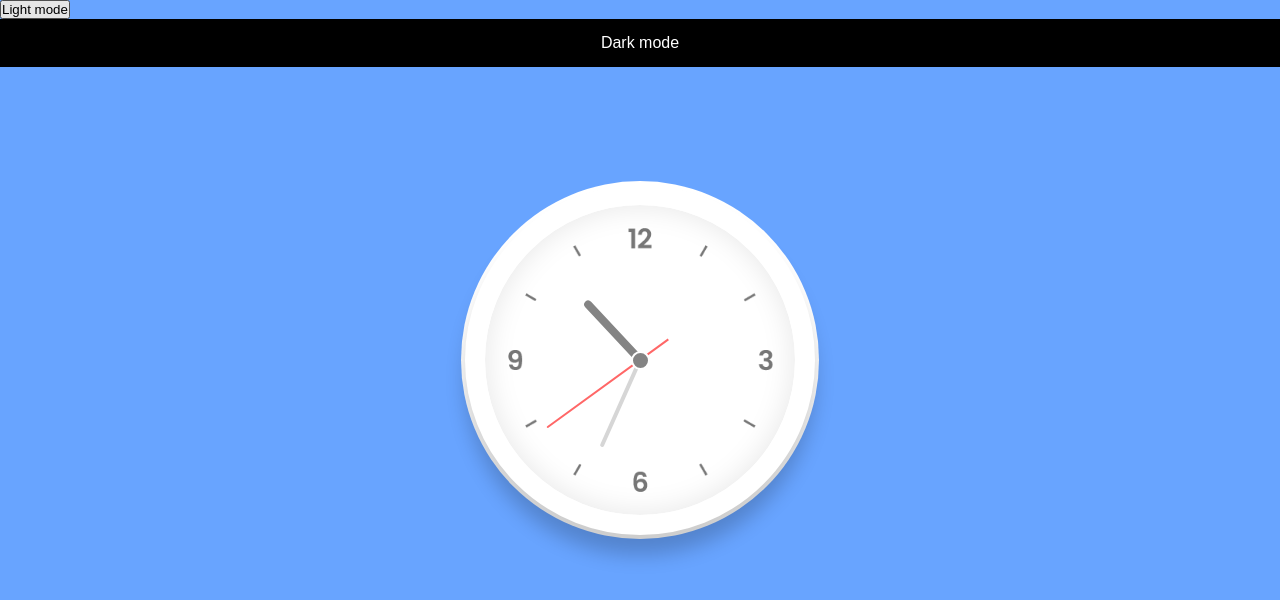
Repository: DaNiels89/analog-clock
Page: index.html
The author's editor kept a copy of each file at every save. The page is drawn from the files as they stood at one save, then again after the next save.
The browser window is 1280 px wide. The pictures show the whole page.

Above is the page before, as saved 2020-06-20 12:51:11.

After the next save:
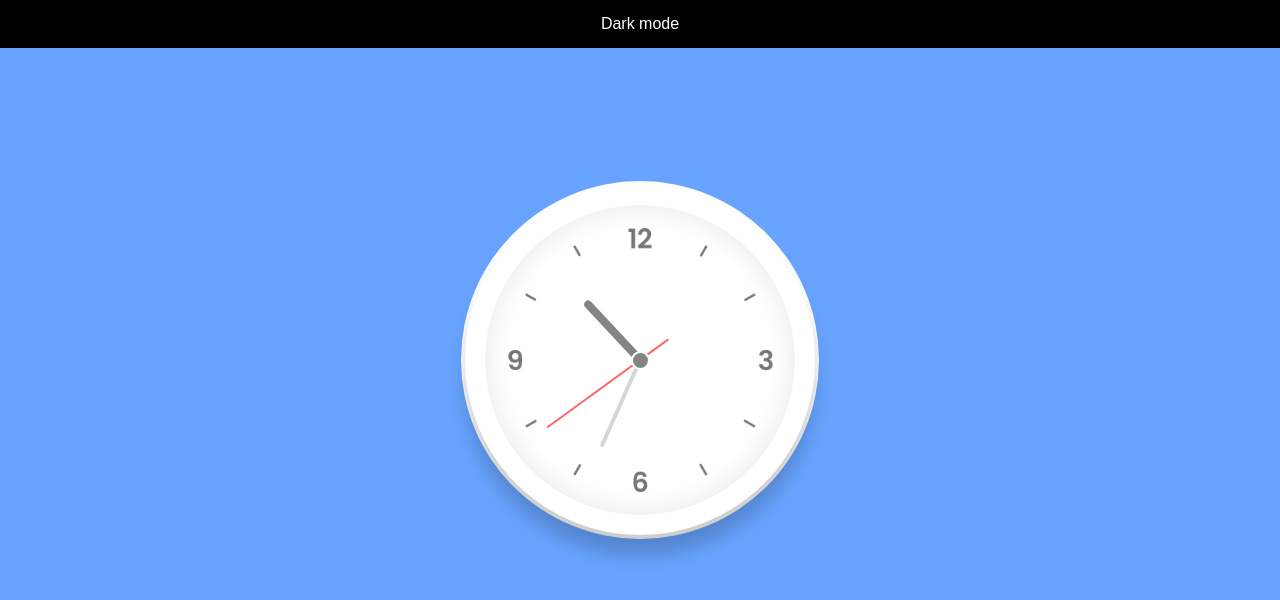
Saved 67 min 14 s later.
--- a/index.html
+++ b/index.html
@@ -11,7 +11,7 @@
 
 <body>
     <div class="toggle-mode">
-        <button class="button light-mode" onclick="lightMode()">Light mode</button>
+        <button class="button light-mode hidden" onclick="lightMode()">Light mode</button>
         <button class="button dark-mode" onclick="darkMode()">Dark mode</button>
     </div>
     <div class="clock">
